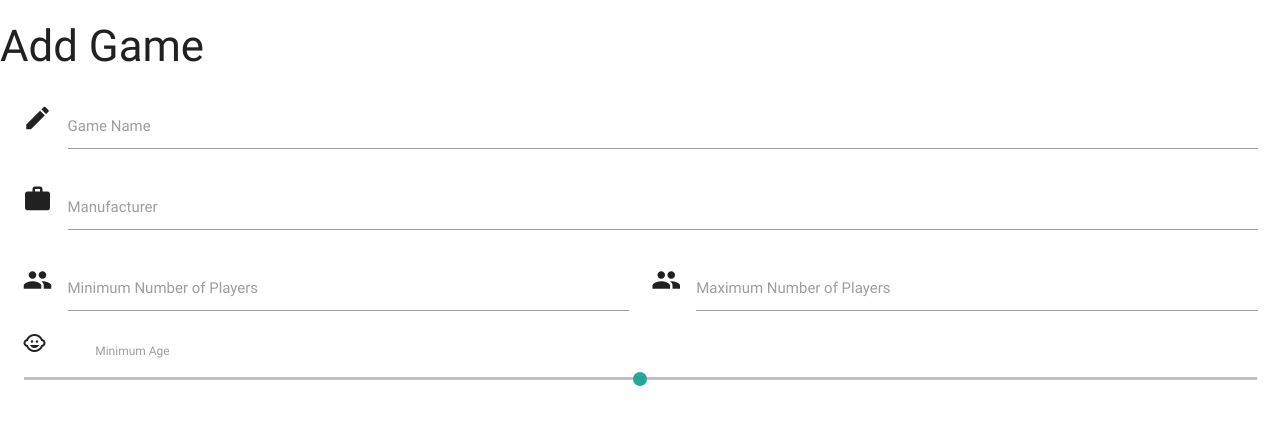
Repository: arcorco/dcd-milestone
Page: http://localhost/add_game
The author's editor kept a record of every edit. The page is drawn from the files as they stood at one moment, then again after the next edit.
The browser window is 1280 px wide. The pictures show the whole page.
Some web libraries are served in a nearby version. The page is served by the project's application, run on Flask 3 (app.py).

Above is the page before.

### templates/addgame.html
{% extends 'base.html'%} {% block content %}

<h3>Add Game</h3>
<div class="row">
  <form action="" method="POST" class="col s12">
    <div class="row">
      <div class="input-field col s12">
        <i class="material-icons prefix">create</i>
        <input id="game_name" name="game_name" type="text" class="validate">
        <label for="icon_prefix">Game Name</label>
      </div>
      <div class="input-field col s12">
        <i class="material-icons prefix">work</i>
        <input id="manufacturer" name="manufacturer" type="text" class="validate">
        <label for="icon_prefix">Manufacturer</label>
      </div>
        <div class="input-field col s6">
          <i class="material-icons prefix">group</i>
          <input name="number_of_players_min" id="number_of_players_min" type="text" class="validate">
          <label for="number_of_players_min">Minimum Number of Players</label>
        </div>
        <div class="input-field col s6">
          <i class="material-icons prefix">group</i>
          <input id="number_of_players_max" name="number_of_players_max" type="text" class="validate">
          <label for="number_of_players_max">Maximum Number of Players</label>
        </div>
      <div class="range-field col s12">
        <i class="material-icons prefix">child_care</i>
        <label for="icon_prefix">Minimum Age</label>
        <input type="range" id="age_range" name="age_range" min="0" max="100" />
      </div>
    </div>
  </form>
</div>

{% endblock %}

### templates/base.html
<!DOCTYPE html>
<html>

<head>
    <link href="https://fonts.googleapis.com/icon?family=Material+Icons" rel="stylesheet">
    <link rel="stylesheet" href="https://cdnjs.cloudflare.com/ajax/libs/materialize/0.100.2/css/materialize.min.css">
</head>

<body>
    {% block content %} {% endblock %}

    <script src="https://cdnjs.cloudflare.com/ajax/libs/jquery/3.2.1/jquery.min.js"></script>
    <script src="https://cdnjs.cloudflare.com/ajax/libs/materialize/0.100.2/js/materialize.min.js"></script>

    <script type="text/javascript">
        $(document).ready(function() {
            $('.carousel').carousel();
        });
    </script>
</body>

</html>

### app.py
import os
from flask import Flask, render_template, redirect, request, url_for
from flask_pymongo import PyMongo
from bson.objectid import ObjectId

app = Flask(__name__)

app.config["MONGO_DNAME"] = 'game_review'
app.config["MONGO_URI"] = 'mongodb+srv://first_user:WG9zKqgDwfDTHNa@myfirstcluster-74ub4.mongodb.net/game_review?retryWrites=true&w=majority'
#environment variable for username and password

mongo = PyMongo(app)

@app.route('/')
@app.route('/get_games')
def get_tasks():
    return render_template("games.html", games=mongo.db.games.find())

@app.route('/add_game')
def add_game():
    return render_template("addgame.html")

if __name__ == "__main__":
    app.run(host=os.environ.get('IP'),
            port=int(os.environ.get('PORT')),
            debug=True)

After the next edit:
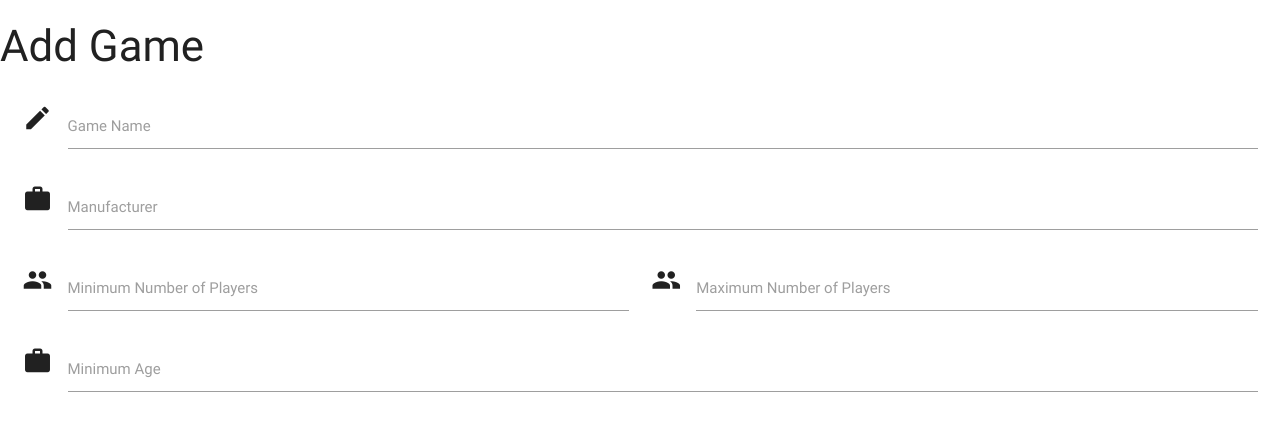
The edit:
--- a/templates/addgame.html
+++ b/templates/addgame.html
@@ -24,10 +24,10 @@
           <input id="number_of_players_max" name="number_of_players_max" type="text" class="validate">
           <label for="number_of_players_max">Maximum Number of Players</label>
         </div>
-      <div class="range-field col s12">
-        <i class="material-icons prefix">child_care</i>
-        <label for="icon_prefix">Minimum Age</label>
-        <input type="range" id="age_range" name="age_range" min="0" max="100" />
+      <div class="input-field col s12">
+        <i class="material-icons prefix">work</i>
+        <input id="age_range" name="age_range" type="text" class="validate">
+        <label for="age_range">Minimum Age</label>
       </div>
     </div>
   </form>
